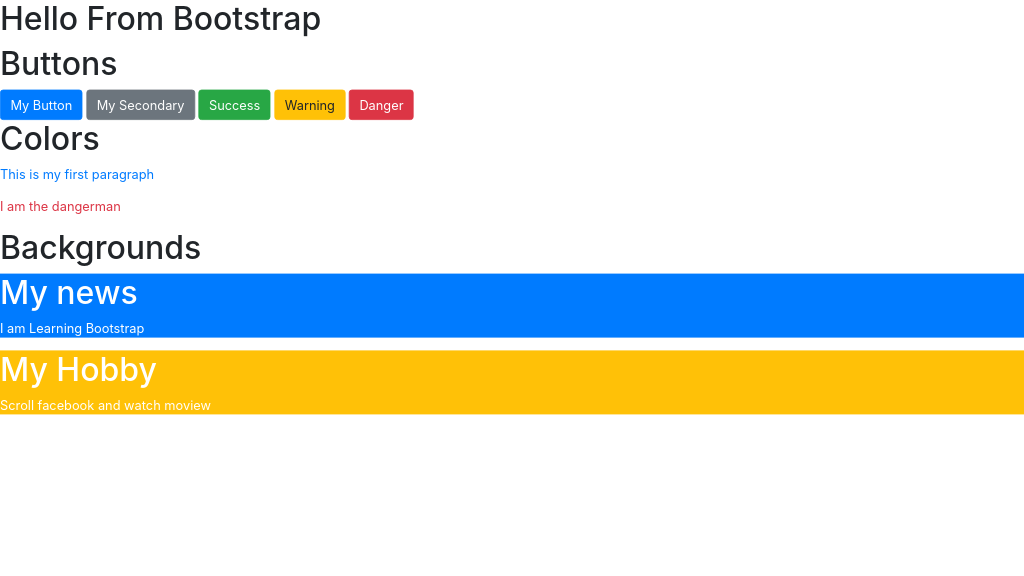
Repository: mohsinfarabi/bootstrap-practice
Page: index.html
The author's editor kept a copy of each file at every save. The page is drawn from the files as they stood at one save, then again after the next save.
The browser window is 1280 px wide. The pictures show the whole page, at 80% of full size.

Above is the page before, as saved 2020-07-06 02:53:47.

### index.html
<!DOCTYPE html>
<html lang="en">

<head>
    <meta charset="UTF-8">
    <meta name="viewport" content="width=device-width, initial-scale=1.0">
    <title>Document</title>
    <link rel="stylesheet" href="css\bootstrap\css\bootstrap.min.css">
</head>

<body>
    <h1>Hello From Bootstrap</h1>
    <h1>Buttons</h1>
    <button class="btn btn-primary">My Button</button>
    <button class="btn btn-secondary">My Secondary</button>
    <button class="btn btn-success">Success</button>
    <button class="btn btn-warning">Warning</button>
    <button class="btn btn-danger">Danger</button>

    <h1>Colors</h1>
    <p class="text-primary">This is my first paragraph</p>
    <p class="text-danger">I am the dangerman</p>

    <h1>Backgrounds</h1>
    <div class="bg-primary text-white">
        <h1>My news</h1>
        <p>I am Learning Bootstrap</p>
    </div>
    <div class="bg-warning text-white">
        <h1>My Hobby</h1>
        <p>Scroll facebook and watch moview</p>
    </div>
</body>

</html>

Loaded but not shown: css/bootstrap/css/bootstrap.min.css (library)

After the next save:
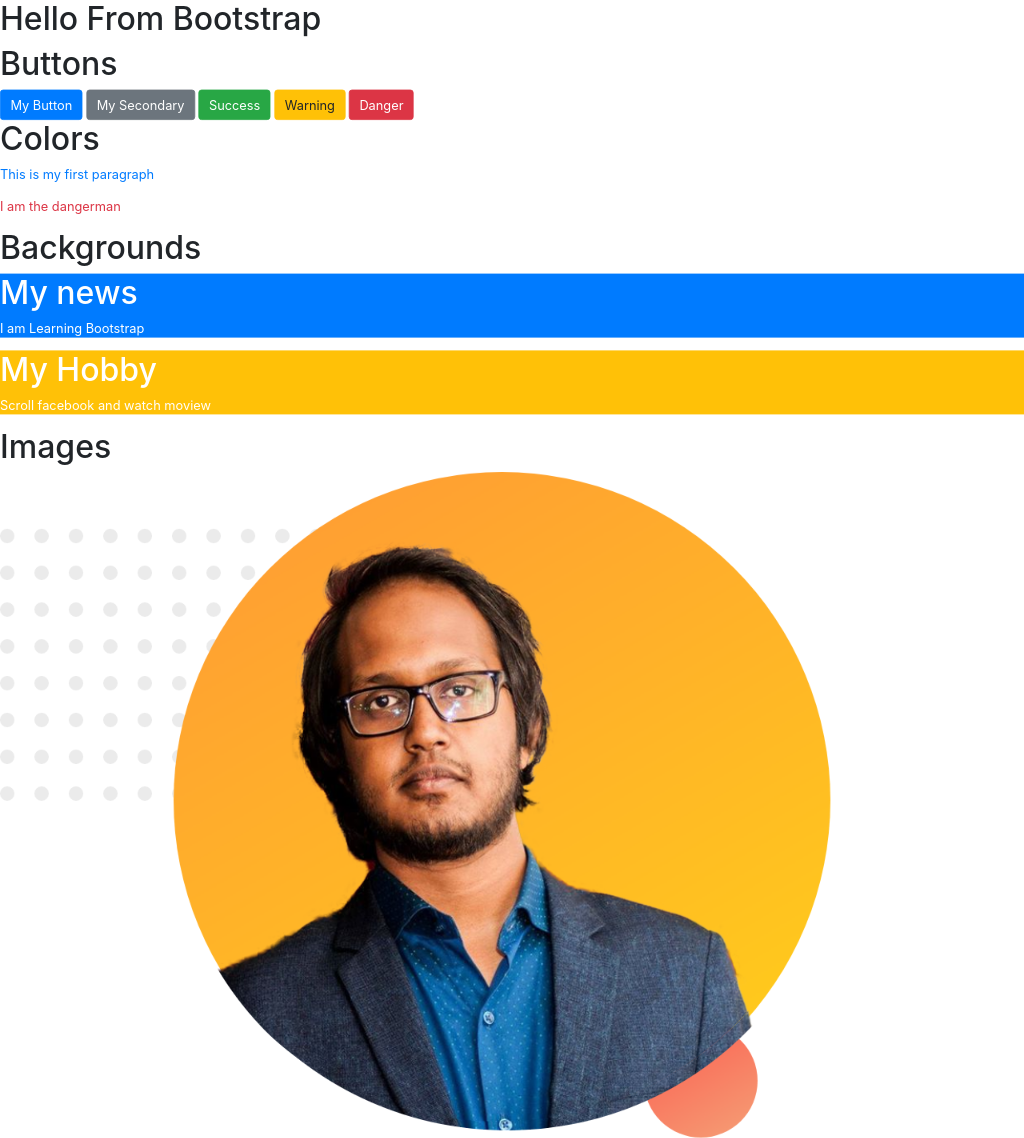
Saved 2 min 33 s later.
--- a/index.html
+++ b/index.html
@@ -30,6 +30,9 @@
         <h1>My Hobby</h1>
         <p>Scroll facebook and watch moview</p>
     </div>
+
+    <h1>Images</h1>
+    <img src="images/profile1.png" alt="">
 </body>
 
 </html>
